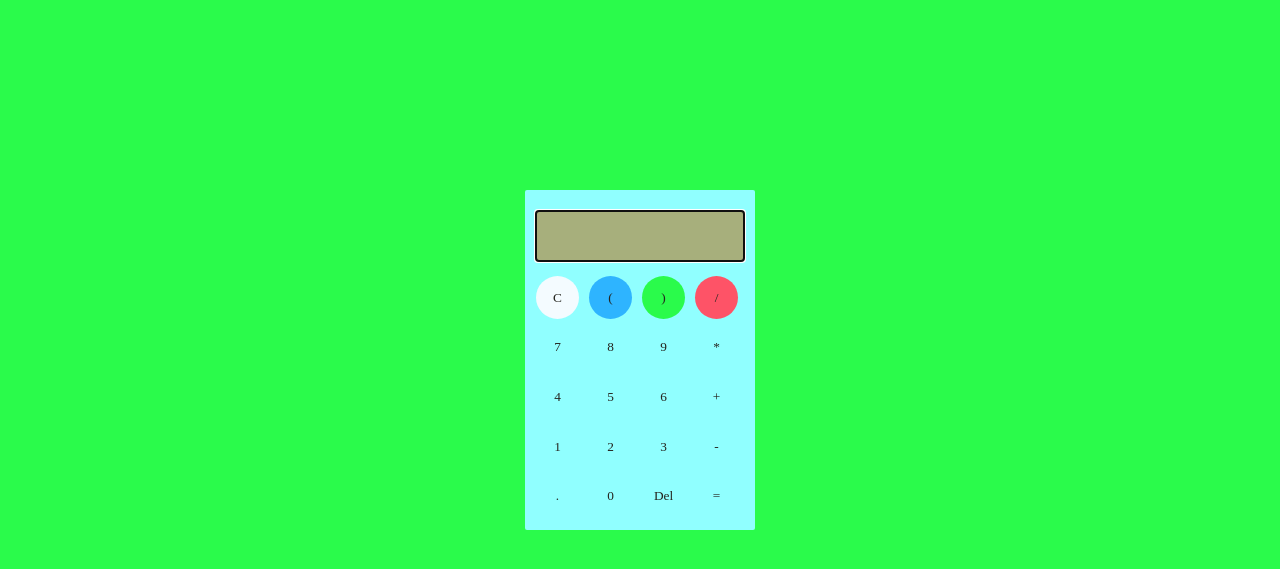
Repository: ServerK001/CalcJsVanilha
Page: index.html
These files come from the project's save history. The page is drawn as it stood at one moment and after a run of saves; the edit follows.
The browser window is 1280 px wide. The pictures show the whole page.
The first visible `input[type=text]` has the focus.

Above is the page before, as saved 2022-02-14 22:10:00.

### index.html
<!DOCTYPE html>
<html lang="pt-br">
<head>
    <meta charset="UTF-8">
    <meta http-equiv="X-UA-Compatible" content="IE=edge">
    <meta name="viewport" content="width=device-width, initial-scale=1.0">
    <script src="index.js" ></script>
    <link rel="stylesheet" href="style.css">


    <title>Calculadora</title>
</head>
<body>

        <section class="conteiner">


            <table class="calculadora">
                <tr>
                    <td colspan="4"><input type="text" class="display"></td>
                </tr>

                <tr>
                    <td><button class="btn btn_1 btn-clear">C</button></td>
                    <td><button class="btn btn_2 btn-num">(</button></td>
                    <td><button class="btn btn_3 btn-num">)</button></td>
                    <td><button class="btn btn_4 btn-num">/</button></td>
                </tr>

                <tr>
                    <td><button class="btn btn-num">7</button></td>
                    <td><button class="btn btn-num">8</button></td>
                    <td><button class="btn btn-num">9</button></td>
                    <td><button class="btn btn-num">*</button></td>
                </tr>
                <tr>
                    <td><button class="btn btn-num">4</button></td>
                    <td><button class="btn btn-num">5</button></td>
                    <td><button class="btn btn-num">6</button></td>
                    <td><button class="btn btn-num">+</button></td>
                </tr>
                <tr>
                    <td><button class="btn btn-num">1</button></td>
                    <td><button class="btn btn-num">2</button></td>
                    <td><button class="btn btn-num">3</button></td>
                    <td><button class="btn btn-num">-</button></td>
                </tr>
                <tr>
                    <td><button class="btn btn-num">.</button></td>
                    <td><button class="btn btn-num">0</button></td>
                    <td><button class="btn btn-del">Del</button></td>
                    <td><button class="btn btn-num">=</button></td>
                </tr>

            </table>


        </section>

</body>
</html>

### index.js
console.log('Olá mundo')

### style.css


:root{
    --btn: #25251f;
    --font-display:#435338;
    --displayBG:#a7af7c;
    --bgCalc:#90FFFF;
    --bgConteiner:#5b5b5b;

    /*Bootuns Colors*/

    --btn_1:#F4FBFF;
    --btn_2:#2EB4FF;
    --btn_3:#2AFB4B;
    --btn_4:#FE5367;
    --btn_5:#FDEA44;
    --btn_6:#EA46ED;
    --btnHover: #c5e9fd;




}

.display{
    font-size: 1rem;
    width: 100%;
    height: 50px;
    text-align: right;
    font-family: "Unibody 8";
    color: var(--font-display);
    background-color: var(--displayBG);

        border: none;
}

input[type=text] {
    width: 90%;
    padding: 12px 20px;
    margin: 8px 0;
    box-sizing: border-box;
    transition: 0.5s;
  }
  input[type=text]:focus {
    width: 100%;
  }

.btn{
    font-family: "Unibody 8";
    color:var(--btn);
    background-color: var(--bgBtn);
    padding: 0.5rem ;
    border-radius: 50%;
    align-items: center;
    border: none;
    height: 43px;
    width: 43px;
    text-align: center;
    transition: 0.3s;
}.btn:hover{
    background-color: var(--btnHover) ;
}


.calculadora{
    background-color: var(--bgCalc);
    padding: 0.5rem;
    height: 340px;
    width: 230px;
    border-radius: 2px;

}


.body{
    background-color: var(--bgConteiner);
    padding: 1rem;
}

.btn_1{background-color:var(--btn_1)}
.btn_2{background-color:var(--btn_2)}
.btn_3{background-color:var(--btn_3)}
.btn_4{background-color:var(--btn_4)}
.btn_5{background-color:var(--btn_5)}
.btn_6{background-color:var(--btn_6)}

.conteiner{
    display: flex;
    align-items: center;
    justify-content: center;
    height: 100vh;
    background-color: #2AFB4B;
}




html, body{
    box-sizing:none;
    margin: 0 auto;
    border: none;
    padding: 0;
    line-height: 1;


}

After the next 3 saves:
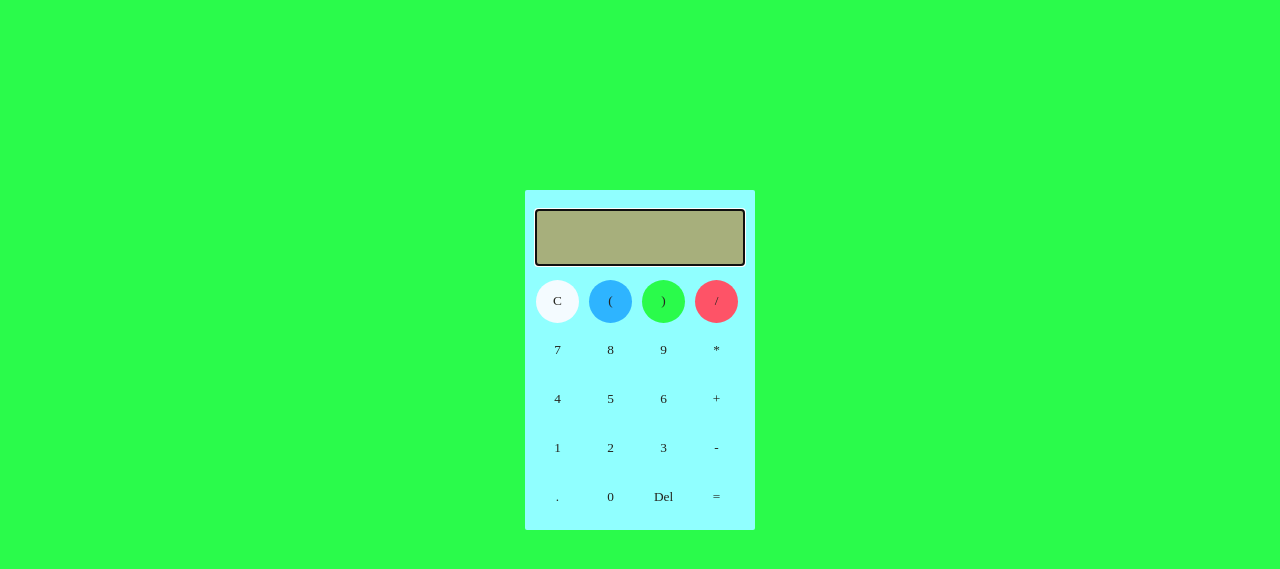
The 3 saves are shown as one change because they came seconds apart.
The last was saved 29 s later.
--- a/style.css
+++ b/style.css
@@ -43,6 +43,7 @@ input[type=text] {
   }
   input[type=text]:focus {
     width: 100%;
+    height: 55px;
   }
 
 .btn{
